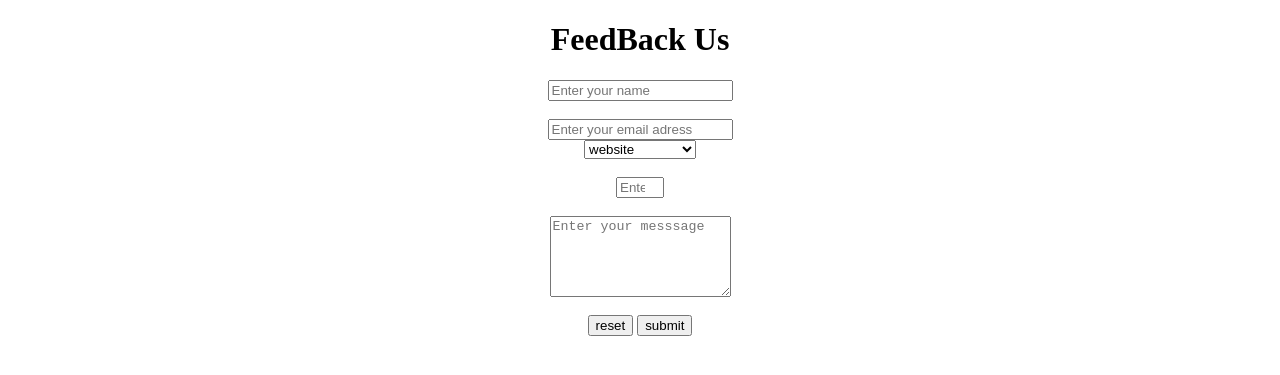
Repository: SinghRaviAnjani/AnjaniJI
Page: http://localhost/SinghRaviAnjani/feedback.jsp
The author's editor kept a copy of each file at every save. The page is drawn from the files as they stood at one save, then again after the next save.
The browser window is 1280 px wide. The pictures show the whole page.
The page is served by Tomcat 9.

Above is the page before, as saved 2018-11-08 13:04:34.

After the next save:
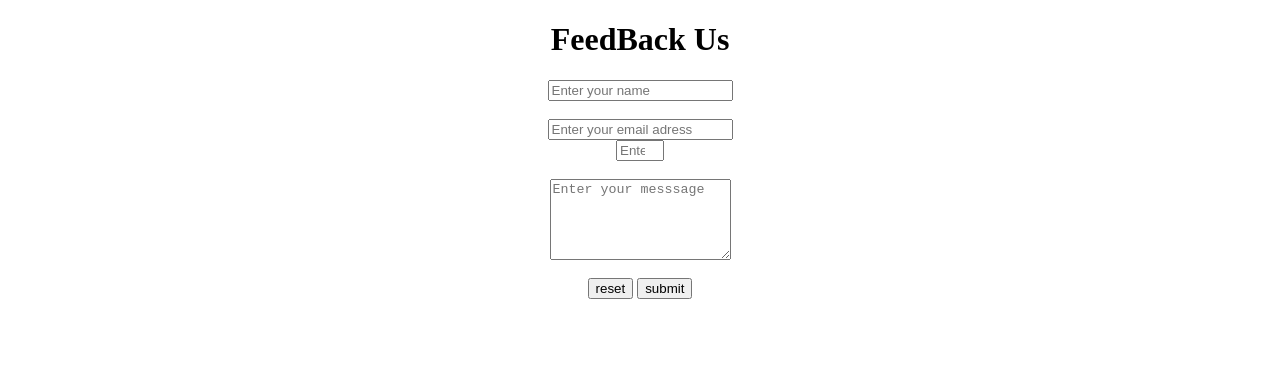
Saved 2 h 4 min later.
--- a/SinghRaviAnjani/src/main/webapp/feedback.jsp
+++ b/SinghRaviAnjani/src/main/webapp/feedback.jsp
@@ -17,11 +17,11 @@
 <input type="text" name="name" placeholder="Enter your name" required=""/><br><br>
 <input type="text" name="email" placeholder="Enter your email adress" required=""/><br>
 
-<select>
+<!-- <select>
 <option value="volvo" >website</option>
 <option value="snaps"  >Mr.Ravi Singh</option>
 <option value="tv"    >Online Session</option>
-</select><br><br>
+</select><br><br> -->
 
 <input type="number" name="code" placeholder="Enter Code (if any)" min="4" max="4"/><br><br>
 <textarea name="msg" placeholder="Enter your messsage" required="" rows="5">
